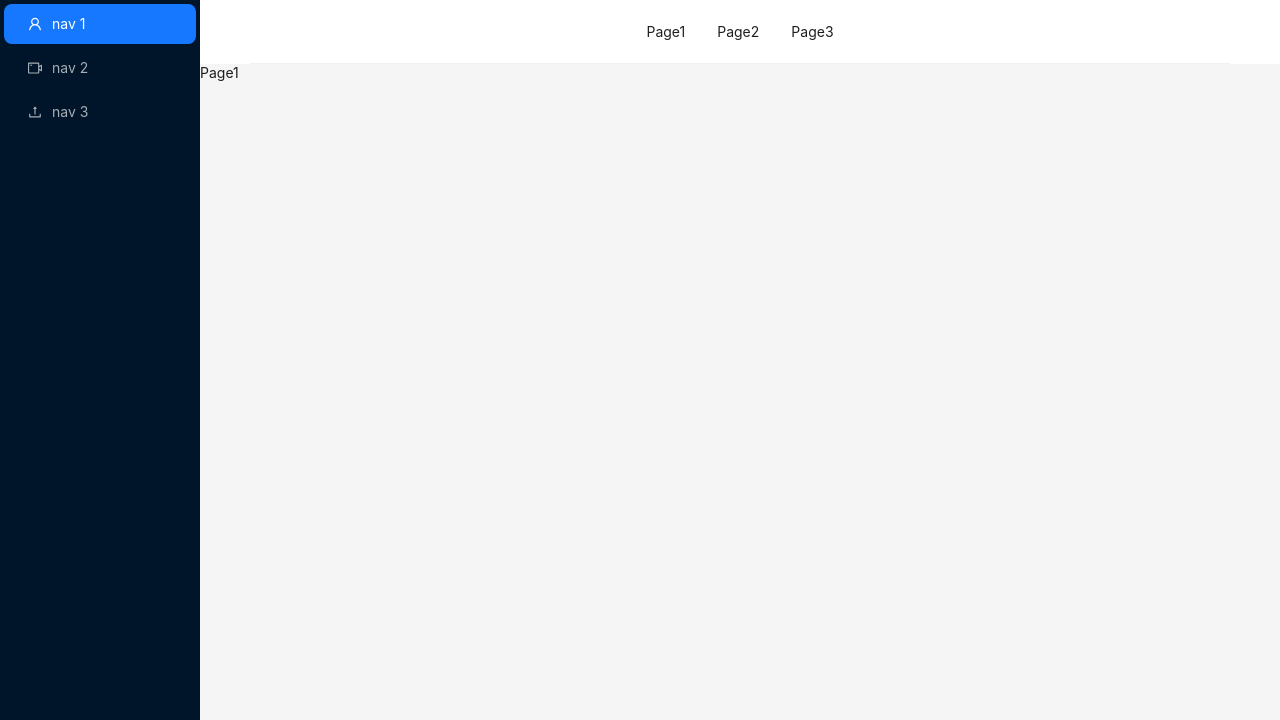
Repository: BESTETURKMEN/e-commerce
Page: /
These files come from the project's save history. The page is drawn as it stood at one moment and after a run of saves; the edit follows.
The browser window is 1280 px wide. The pictures show the whole page.
The project was rebuilt for these pictures with package versions that can differ from the ones it lists, and the page was loaded fresh each time. Also part of the build but not shown: webpack.config.js, src/pages/page2.jsx, src/pages/page3.jsx.

Above is the page before, as saved 2023-08-21 10:29:22.

After the next 3 saves:
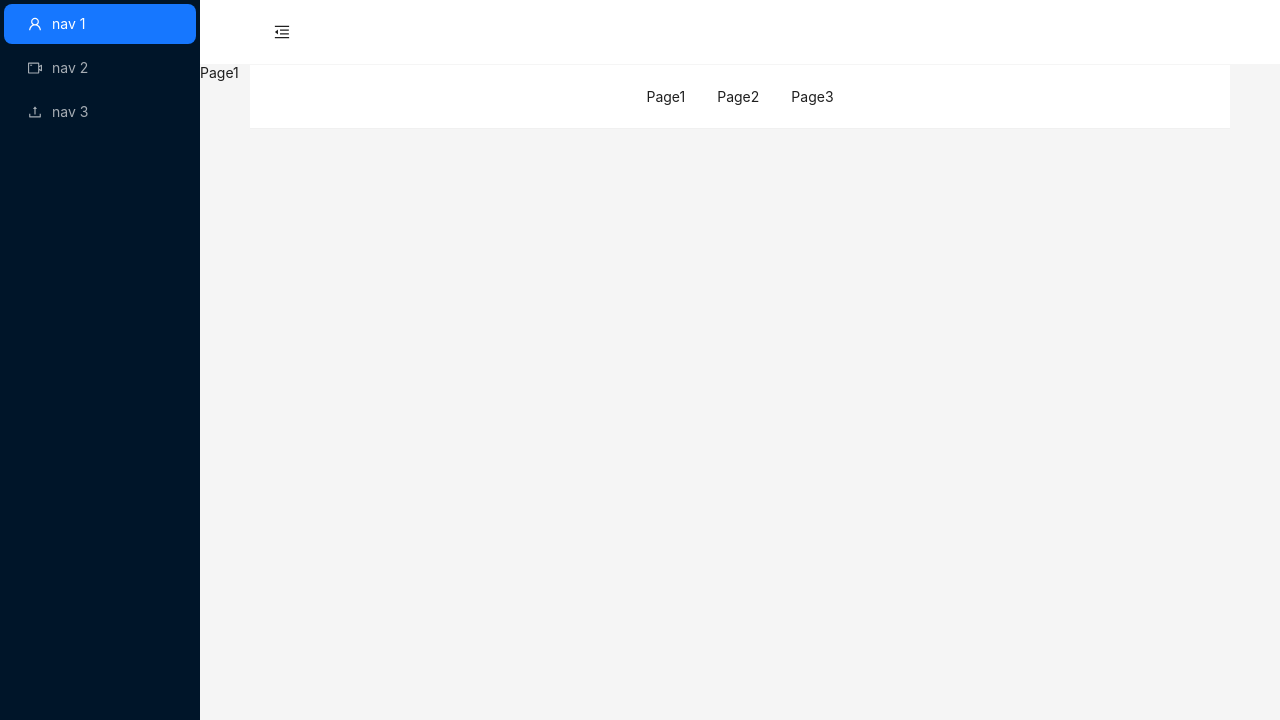
The 3 saves are shown as one change because 2 did not build or start.
The last was saved 89 s later.
--- a/src/layout/header.jsx
+++ b/src/layout/header.jsx
@@ -2,7 +2,9 @@ import { Button, Menu } from "antd";
 import React, { useState } from "react";
 import { Link } from "react-router-dom";
 import "./layout.scss";
+import { MenuFoldOutlined, MenuUnfoldOutlined } from "@ant-design/icons";
 export default function Header() {
+  const [collapsed, setCollapsed] = useState(false);
   const menu = [
     {
       key: "1",
@@ -22,6 +24,16 @@ export default function Header() {
   ];
   return (
     <div className="header">
+      <Button
+        type="text"
+        icon={collapsed ? <MenuUnfoldOutlined /> : <MenuFoldOutlined />}
+        onClick={() => setCollapsed(!collapsed)}
+        style={{
+          fontSize: "16px",
+          width: 64,
+          height: 64,
+        }}
+      />
       <div className="menuLine">
         <Menu mode="horizontal">
           {menu.map((item) => (
